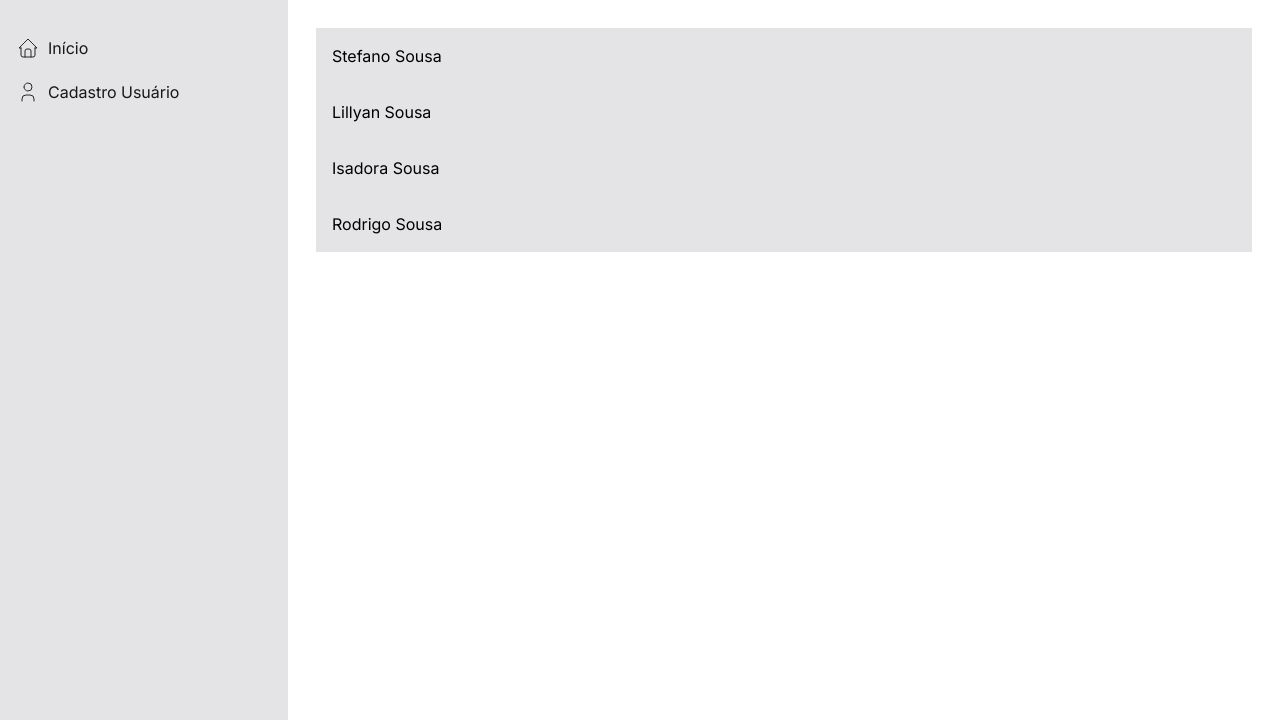
Repository: stefanosousaa/app-bd
Page: /usuarios
These files come from the project's save history. The page is drawn as it stood at one moment and after the next save; the edit follows.
The browser window is 1280 px wide. The pictures show the whole page.
The project was rebuilt for these pictures with package versions that can differ from the ones it lists, and the page was loaded fresh each time. The framework's server and built-in components were replaced by stand-ins that run in the browser. Also part of the build but not shown: next.config.mjs.

Above is the page before, as saved 2024-05-25 23:33:07.

### src/app/(internas)/usuarios/page.tsx
import Pagina from "@/app/components/template/Pagina";
import ListaUsuario from "@/app/components/usuario/ListaUsuario";


export default function Page(){
    return(
        <Pagina>
           <ListaUsuario/>
        </Pagina>
    )
}

### src/app/components/template/Pagina.tsx
import Menu from "./Menu"

export interface PaginaProps {
    children: any
}

export default function Pagina(props: PaginaProps){
    return (
     <div className="flex ">
        <Menu/>
        <main className="flex-1 p-7">{props.children}</main>

    </div>
    )

}

### src/app/components/usuario/ListaUsuario.tsx

import { Usuario } from '@/core/model/Usuario'
import usuarios from '../../data/constants/usuarios'
import LinhaUsuario from './LinhaUsuario'

export default function ListaUsuario(){
    return(
        <div className="flex flex-col">
            {usuarios.map((usuario: Usuario) => {
                return <LinhaUsuario key={usuario.id} usuario={usuario}/>
            })}

        </div>
    )
}

### src/app/components/template/Menu.tsx
import { IconHome, IconUser } from "@tabler/icons-react"
import Link from "next/link"
import MenuItem from "./MenuItem"



export default function Menu(){
    return (
    <aside className="w-72 bg-zinc-200 h-screen">
         <nav className="flex flex-col gap-1 py-7">
            <MenuItem icone={IconHome} texto="Início" url="/" />
            <MenuItem icone={IconUser} texto="Cadastro Usuário" url="/usuarios" />


         </nav>
    </aside>
    )
}

### src/app/data/constants/usuarios.ts
import { Usuario } from "@/core/model/Usuario";

const usuarios: Usuario [] = [
    {
        id: "1",
        email:"stefano@gmail.com",
        nome: "Stefano Sousa",
        senha:"123456"
    },
    {
        id: "2",
        email:"lillyan@gmail.com",
        nome: "Lillyan Sousa",
        senha:"123456"
    },
    {
        id: "3",
        email:"isadora@gmail.com",
        nome: "Isadora Sousa",
        senha:"123456"
    },
    {
        id: "4",
        email:"rodrigo@gmail.com",
        nome: "Rodrigo Sousa",
        senha:"123456"
    },
]

export default usuarios

### src/app/components/usuario/LinhaUsuario.tsx
import { Usuario } from "@/core/model/Usuario"

export interface LinhaUsuarioProps {
    usuario: Usuario
}

export default function LinhaUsuario(props: LinhaUsuarioProps){
    return(
        <div className="flex p-4 bg-zinc-200">
            <span>{props.usuario.nome}</span>

        </div>
    )
}

### src/app/components/template/MenuItem.tsx
import Link from "next/link"
import { ElementType } from "react"

export interface MenuItemProps{
    icone: ElementType
    texto: string
    url: string
}


export default function MenuItem(props : MenuItemProps){
    return(
        <Link href={props.url} className="flex gap-2 px-4 py-2 hover:bg-white ">
            <props.icone className= "text-zinc-800" size={24} stroke={1}/>
            <span className= "text-zinc-900">{props.texto}</span>
        </Link>
    )
}

Loaded but not shown: src/app/layout.tsx (common file); src/app/globals.css (common file); tailwind.config.ts (common file)

After the next save:
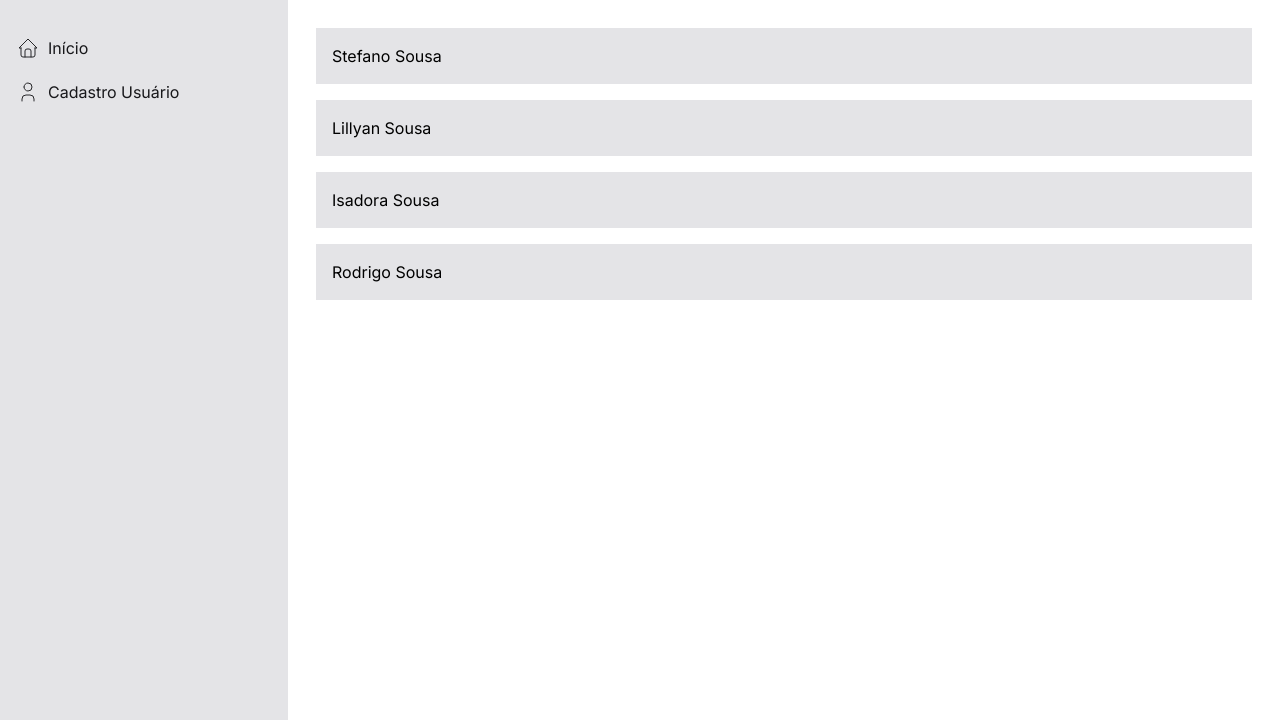
Saved 26 s later.
--- a/src/app/components/usuario/ListaUsuario.tsx
+++ b/src/app/components/usuario/ListaUsuario.tsx
@@ -5,7 +5,7 @@ import LinhaUsuario from './LinhaUsuario'
 
 export default function ListaUsuario(){
     return(
-        <div className="flex flex-col">
+        <div className="flex flex-col gap-4">
             {usuarios.map((usuario: Usuario) => {
                 return <LinhaUsuario key={usuario.id} usuario={usuario}/>
             })}
